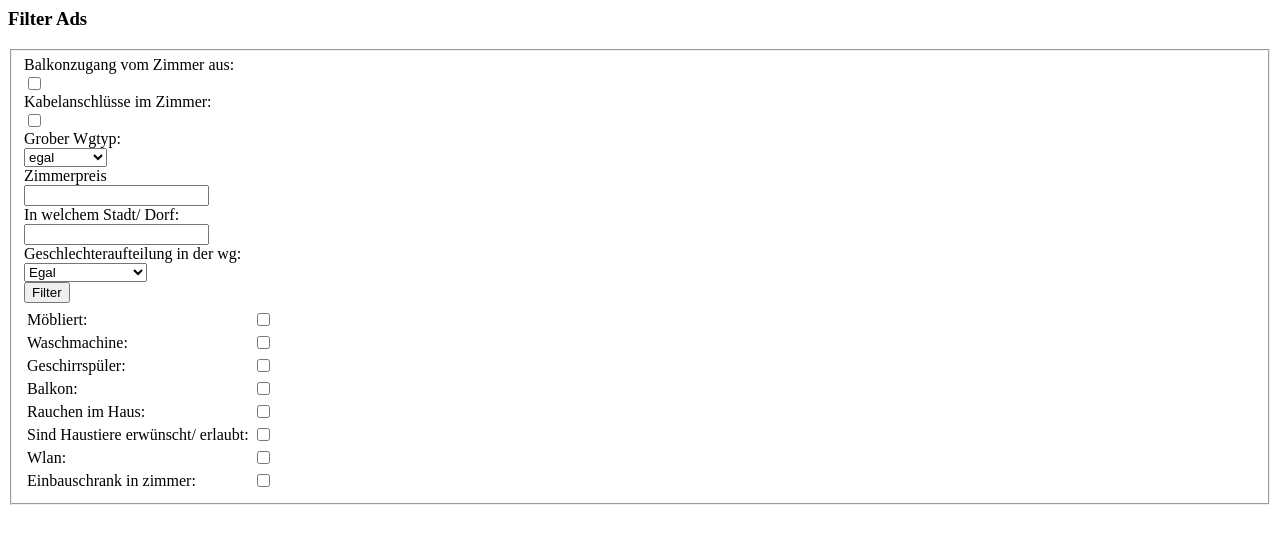
Repository: ese-unibe-ch/ese2014-team2
Page: http://localhost/Skeleton/pages/template/filter.jsp
The author's editor kept a copy of each file at every save. The page is drawn from the files as they stood at one save, then again after the next save.
The browser window is 1280 px wide. The pictures show the whole page.
The page is served by Tomcat 9. Nobody is signed in. The application's start-up code is not run. The template is opened directly, without the code that normally fills it, so the values that code supplies are empty.

Above is the page before, as saved 2014-10-30 16:38:42.

After the next save:
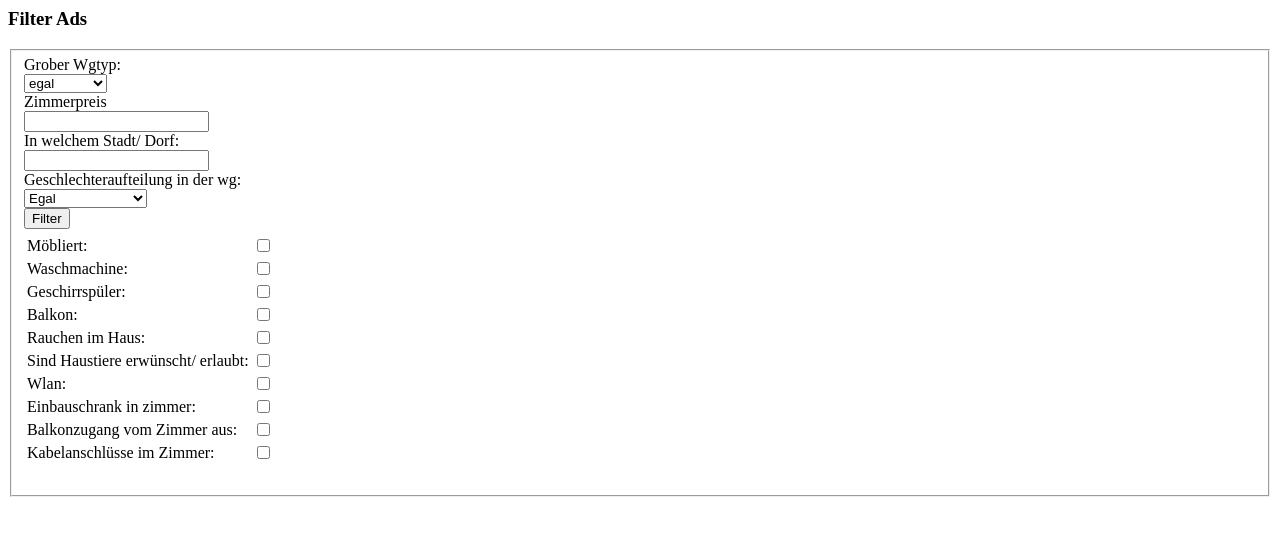
Saved 115 s later.
--- a/Skeleton/src/main/webapp/pages/template/filter.jsp
+++ b/Skeleton/src/main/webapp/pages/template/filter.jsp
@@ -105,38 +105,59 @@
 					</td>
 				</tr>
 
-
-
-
-
-
-
-
-
-
-
-
-
-
-
-
-
-
-
-
-					 </div>
-
-					 <div class="controls-right">
+				<tr>
+					<td>
 						<label class="control-label" for="field-isToBalcony">Balkonzugang vom Zimmer aus:</label>
-						<div class="controls">
-						<form:checkbox	path="toBalcony" id="field-isToBalcony" tabindex="9" />
-						</div>
-
-
+					</td>
+					<td>
+						<div class="controls">
+							<form:checkbox	path="toBalcony" id="field-isToBalcony" tabindex="9" />
+						</div>
+					</td>
+				</tr>
+
+				<tr>
+					<td>
 						<label class="control-label" for="field-Cables">Kabelanschlüsse im Zimmer:</label>
-						<div class="controls">
-						<form:checkbox	path="hasCables" id="field-Cables" tabindex="10" />
-						</div>
+					</td>
+					<td>
+						<div class="controls">
+							<form:checkbox	path="hasCables" id="field-Cables" tabindex="10" />
+						</div>
+					</td>
+				</tr>
+
+				<tr>
+					<td></td>
+					<td></td>
+				</tr>
+
+				<tr>
+					<td></td>
+					<td></td>
+				</tr>
+
+				<tr>
+					<td></td>
+					<td></td>
+				</tr>
+
+				<tr>
+					<td></td>
+					<td></td>
+				</tr>
+
+				<tr>
+					<td></td>
+					<td></td>
+				</tr>
+
+
+
+
+
+
+
 
 
 						<label class="control-label" for="field-wgType">Grober Wgtyp:</label>
